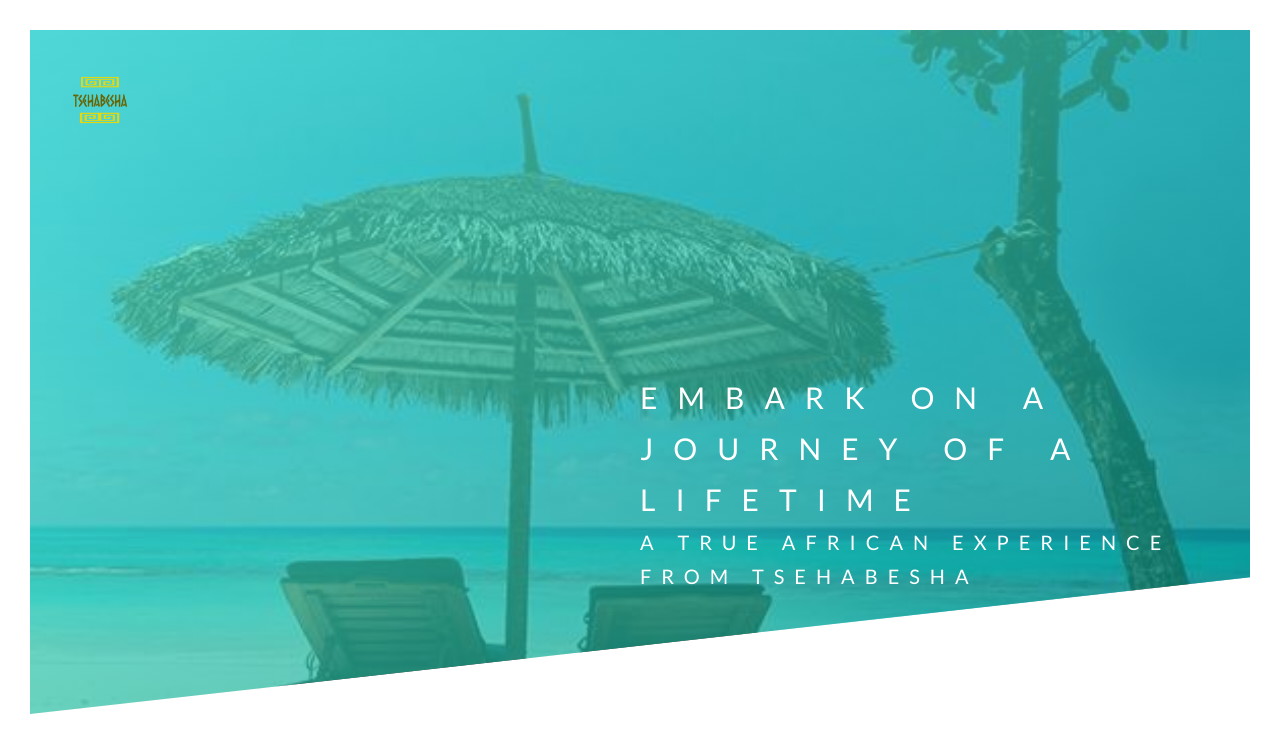
Repository: Azariagmt/tour-and-travel
Page: index.html
These files come from the project's save history. The page is drawn as it stood at one moment and after a run of saves; the edit follows.
The browser window is 1280 px wide. The pictures show the whole page.

Above is the page before, as saved 2020-03-24 17:09:31.

### index.html
<!DOCTYPE html>
<!--[if lt IE 7]>      <html class="no-js lt-ie9 lt-ie8 lt-ie7"> <![endif]-->
<!--[if IE 7]>         <html class="no-js lt-ie9 lt-ie8"> <![endif]-->
<!--[if IE 8]>         <html class="no-js lt-ie9"> <![endif]-->
<!--[if gt IE 8]><!--> <html class="no-js"> <!--<![endif]-->
    <head>
        <meta charset="utf-8">
        <meta http-equiv="X-UA-Compatible" content="IE=edge">
        <title></title>
        <meta name="description" content="">
        <meta name="viewport" content="width=device-width, initial-scale=1">
        <link href="https://fonts.googleapis.com/css?family=Lato&display=swap" rel="stylesheet">
        <link rel="stylesheet" href="css/style.css">
    </head>
    <body>
        <!--[if lt IE 7]>
            <p class="browsehappy">You are using an <strong>outdated</strong> browser. Please <a href="#">upgrade your browser</a> to improve your experience.</p>
        <![endif]-->
        <header class="header">
            <div class="logo-box">
                <img src="img/tsehabesha-logo.png" alt="Logo" class="logo">
            </div>
            <div class="text-box">
                <h1 class="heading-primary">
                    <span class="heading-primary-main">
                        embark on a journey of a lifetime
                    </span>
                    <span class="heading-primary-sub">
                        a true african experience from tsehabesha
                    </span>
                </h1>
            </div>
        </header>
        <script src="" async defer></script>
    </body>
</html>

### css/style.css
* {
  margin: 0;
  padding: 0;
  box-sizing: border-box;
}

body {
  font-family: "Lato", sans-serif;
  font-weight: 400;
  font-size: 16px;
  line-height: 1.7;
  color: #777777;
  padding: 30px;
}

.header {
  height: 95vh;
  background-image: linear-gradient(to right bottom, #64ffdbb9, #00897bb9),
    url(../img/2.jpg);
  background-size: cover;
  background-position: top;
  clip-path: polygon(0 0, 100% 0, 100% 80%, 0% 100%);
  position: relative;
}

.logo-box {
  position: absolute;
  top: 40px;
  left: 40px;
}

.logo {
  height: 60px;
}
.text-box {
  position: absolute;
  top: 50%;
  left: 50%;
  transform: ;
}
.heading-primary {
  color: white;
  text-transform: uppercase;
  /* line-height: 95vh; */
}

.heading-primary-main {
  display: block;
  font-size: 30px;
  font-weight: 400;
  letter-spacing: 20px;
}

.heading-primary-sub {
  display: block;
  font-size: 20px;
  font-weight: 400;
  letter-spacing: 10px;
}

After the next 6 saves:
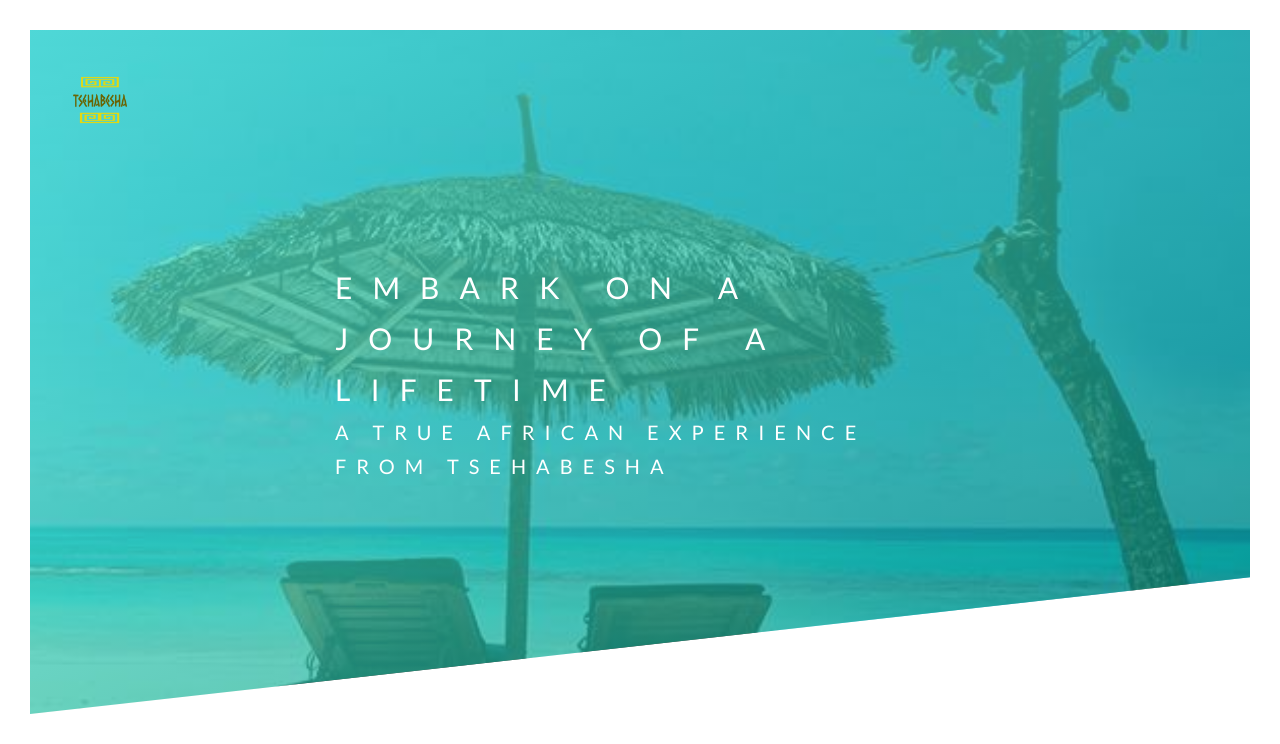
The 6 saves are shown as one change because they came seconds apart.
The last was saved 31 s later.
--- a/css/style.css
+++ b/css/style.css
@@ -36,7 +36,7 @@
   position: absolute;
   top: 50%;
   left: 50%;
-  transform: ;
+  transform: translate(-50%,-50%);
 }
 .heading-primary {
   color: white;
